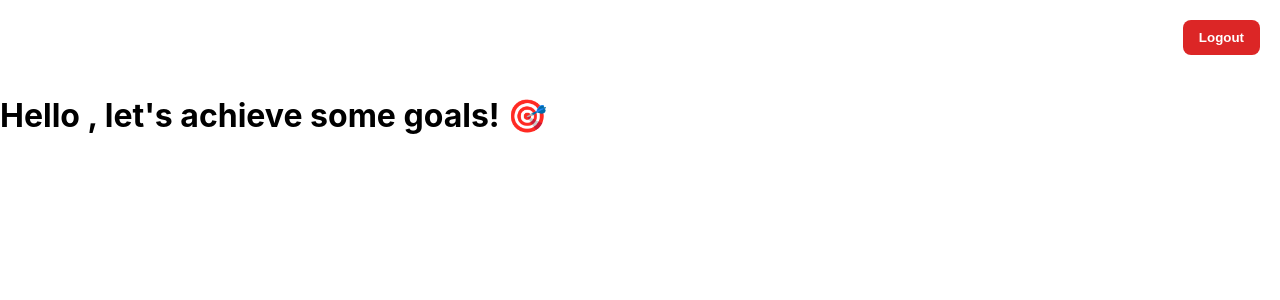
Repository: RachelB9913/smart-task-and-habit-tracker
Page: /dashboard
The author's editor kept a copy of each file at every save. The page is drawn from the files as they stood at one save, then again after the next save.
The browser window is 1280 px wide. The pictures show the whole page.
The pointer rests on the first visible `.dashboard-header button`.
The project was rebuilt for these pictures with package versions that can differ from the ones it lists, and the page was loaded fresh each time. Also part of the build but not shown: src/App.css, src/components/PageWrapper.js, src/components/welcome.js, src/services/api.js, src/components/Login.js, src/components/Register.js.

Above is the page before, as saved 2025-06-18 18:15:20.

### src/App.js
// import { BrowserRouter as Router, Routes, Route } from 'react-router-dom';
// import Welcome from './components/welcome';
// import Login from './components/Login';
// import Register from './components/Register';
// import './App.css';


// function App() {
//   return (
//     <Router>
//       <Routes>
//         <Route path="/" element={<Welcome />} />
//         <Route path="/login" element={<Login />} />
//         <Route path="/register" element={<Register />} />
//       </Routes>
//     </Router>
//   );
// }

// export default App;

import { BrowserRouter as Router, Routes, Route } from 'react-router-dom';
import Welcome from './components/welcome';
import Login from './components/Login';
import Register from './components/Register';
import Dashboard from './components/DashBoard';

function App() {
  return (
    <Router>
      <Routes>
        <Route path="/" element={<Welcome />} />
        <Route path="/login" element={<Login />} />
        <Route path="/register" element={<Register />} />
        <Route path="/dashboard" element={<Dashboard />} />
      </Routes>
    </Router>
  );
}

export default App;

### src/components/DashBoard.js
import { useEffect, useState } from "react";
import { useNavigate } from "react-router-dom";

export default function Dashboard() {
  const [username, setUsername] = useState("");
  const navigate = useNavigate();

  useEffect(() => {
    // Retrieve username from localStorage (or context/auth state later)
    const storedUsername = localStorage.getItem("username");
    if (storedUsername) {
      setUsername(storedUsername);
    }
  }, []);

  const handleLogout = () => {
    localStorage.removeItem("username");
    navigate("/");
  };

    return (
        <div className="dashboard-container">
        <header className="dashboard-header">
            <button onClick={handleLogout}>Logout</button>
        </header>

        <main>
            <h1>Hello {username}, let's achieve some goals! 🎯</h1>
        </main>
        </div>
    );
}

### src/components/Auth.css
.auth-container {
  max-width: 400px;
  margin: 60px auto;
  padding: 2rem;
  background-color: #f8f9fa;
  border-radius: 12px;
  box-shadow: 0 2px 10px rgba(0, 0, 0, 0.1);
}

.auth-form {
  display: flex;
  flex-direction: column;
  gap: 1rem;
}

.auth-form input {
  padding: 0.75rem;
  border-radius: 8px;
  border: 1px solid #ccc;
  font-size: 1rem;
}

.auth-form button {
  padding: 0.75rem;
  background-color: #007bff;
  color: white;
  border: none;
  border-radius: 8px;
  font-size: 1rem;
  cursor: pointer;
}

.auth-form button:hover {
  background-color: #0056b3;
}


.dashboard-header {
  display: flex;
  justify-content: flex-end;
  padding: 20px;
}

.dashboard-header button {
  padding: 10px 16px;
  background-color: #ef4444; /* red */
  color: white;
  border: none;
  border-radius: 8px;
  font-weight: bold;
  cursor: pointer;
}

.dashboard-header button:hover {
  background-color: #dc2626;
}

Loaded but not shown: public/index.html (common file); src/index.js (common file); src/index.css (common file); src/reportWebVitals.js (common file); public/manifest.json (common file)

After the next save:
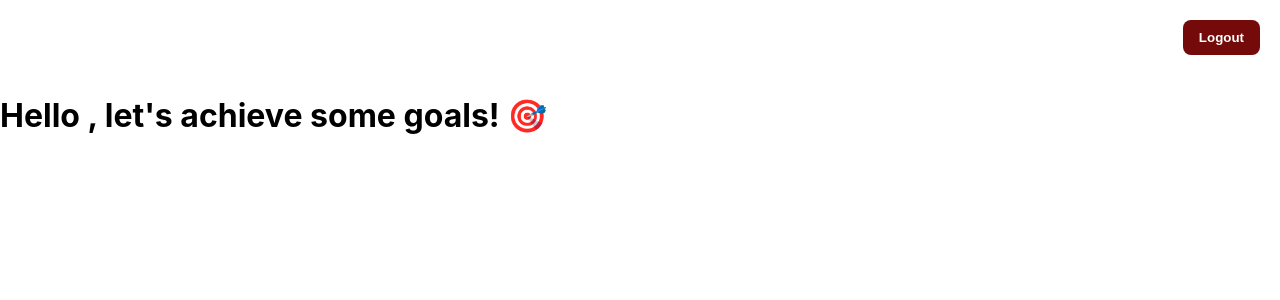
Saved 64 s later.
--- a/src/components/Auth.css
+++ b/src/components/Auth.css
@@ -52,5 +52,5 @@
 }
 
 .dashboard-header button:hover {
-  background-color: #dc2626;
+  background-color: #740a0a;
 }
